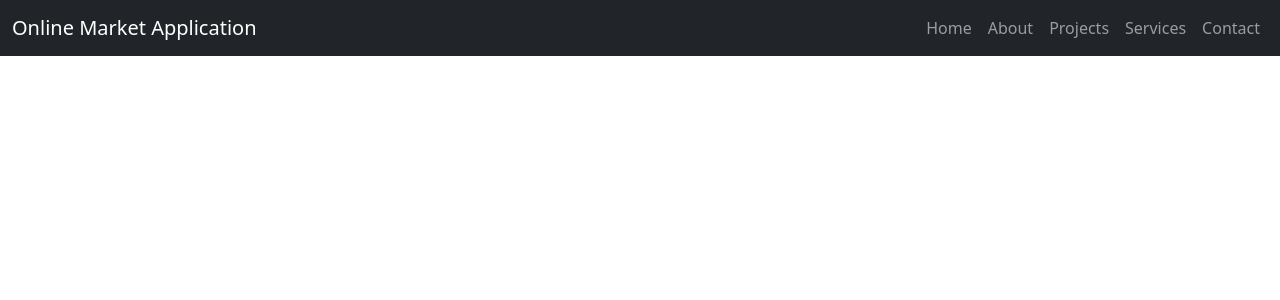
Repository: kdelacruz923/COMP229_Front_End
Page: /
The author's editor kept a copy of each file at every save. The page is drawn from the files as they stood at one save, then again after a run of saves.
The browser window is 1280 px wide. The pictures show the whole page.
Some icons come from a web library that is not loaded, so they are not drawn. The project was rebuilt for these pictures with package versions that can differ from the ones it lists, and the page was loaded fresh each time. Also part of the build but not shown: src/App.css.

Above is the page before, as saved 2023-10-27 18:11:39.

After the next 2 saves:
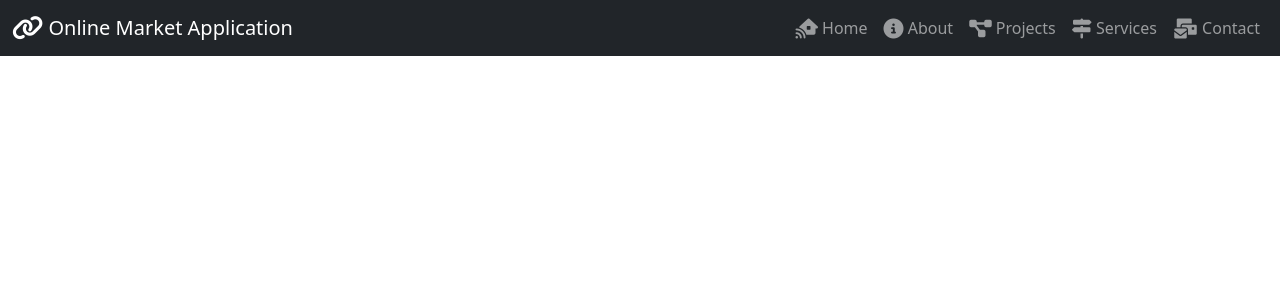
The 2 saves are shown as one change because they came seconds apart.
The last was saved 9 s later.
--- a/src/App.tsx
+++ b/src/App.tsx
@@ -8,7 +8,7 @@ import Header from './components/header';
 
 //Styles and Fonts\
 import 'bootstrap/dist/css/bootstrap.min.css';
-import '@fortawesome/fontawesome-free/css'
+import '@fortawesome/fontawesome-free/css/all.min.css';
 import './App.css';
 
 function App() {
